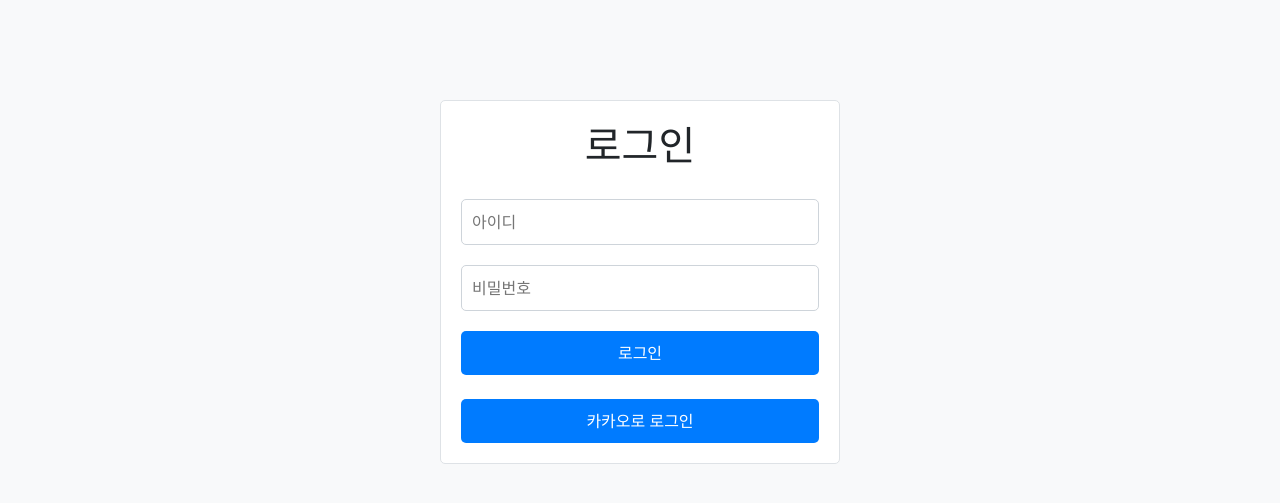
Repository: scy0814/Spring
Page: http://localhost/CYBank/jsp/login/Login.jsp
The author's editor kept a copy of each file at every save. The page is drawn from the files as they stood at one save, then again after the next save.
The browser window is 1280 px wide. The pictures show the whole page.
The page is served by Tomcat 9. Other server files are loaded and not shown.

Above is the page before, as saved 2023-07-02 02:37:13.

### CYBank/src/main/webapp/jsp/login/Login.jsp
<%@ page language="java" contentType="text/html; charset=UTF-8" pageEncoding="UTF-8"%>
<!DOCTYPE html>
<html lang="en">
<head>
    <meta charset="UTF-8">
    <meta http-equiv="X-UA-Compatible" content="IE=edge">
    <meta name="viewport" content="width=device-width, initial-scale=1.0">
    <title>로그인</title>
    <!-- Bootstrap CSS -->
    <link rel="stylesheet" href="https://cdn.jsdelivr.net/npm/bootstrap@5.3.0/dist/css/bootstrap.min.css">
    <!-- Custom CSS -->
    <style>
        body {
            background-color: #f8f9fa;
        }

        .container {
            margin-top: 100px;
        }

        .login-wrapper {
            max-width: 400px;
            margin: 0 auto;
            background-color: #ffffff;
            border: 1px solid #dee2e6;
            border-radius: 5px;
            padding: 20px;
        }

        h1 {
            text-align: center;
            margin-bottom: 30px;
        }

        input[type="text"],
        input[type="password"] {
            width: 100%;
            padding: 10px;
            margin-bottom: 20px;
            border: 1px solid #ced4da;
            border-radius: 5px;
        }

        input[type="submit"] {
            width: 100%;
            padding: 10px;
            background-color: #007bff;
            color: #ffffff;
            border: none;
            border-radius: 5px;
            cursor: pointer;
        }

        input[type="submit"]:hover {
            background-color: #0056b3;
        }

        .kakao-login-btn {
            width: 100%;
            padding: 10px;
            background-color: #ffeb00;
            color: #000000;
            border: none;
            border-radius: 5px;
            cursor: pointer;
            text-align: center;
        }

        .kakao-login-btn:hover {
            background-color: #ffd600;
        }
    </style>
</head>
<body>
    <div class="container">
        <div class="login-wrapper">
            <h1>로그인</h1>
            <form method="post" action="${pageContext.request.contextPath}/loginProcess.do" id="login-form">
                <input type="text" name="id" placeholder="아이디">
                <input type="password" name="password" placeholder="비밀번호">
                <input type="submit" value="로그인">
            </form><br>
            <form method="post" action="${pageContext.request.contextPath}/kakaoLogin.do">
                <input type="submit" class="kakao-login-btn" value="카카오로 로그인">
            </form>
        </div>
    </div>

    <!-- Bootstrap JS -->
    <script src="https://cdn.jsdelivr.net/npm/bootstrap@5.3.0/dist/js/bootstrap.bundle.min.js"></script>
</body>
</html>

After the next save:
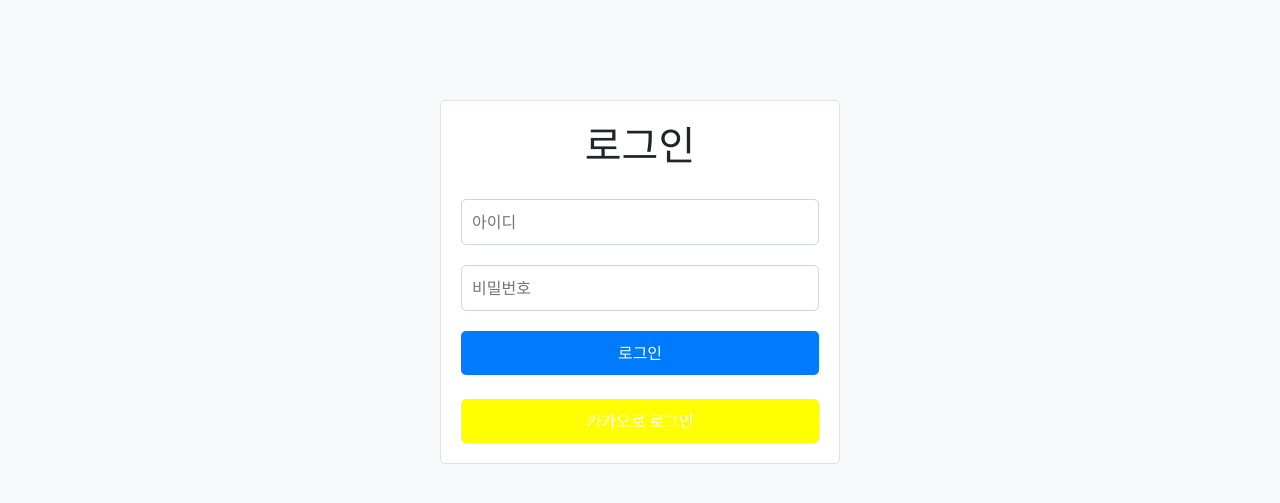
Saved 23 s later.
--- a/CYBank/src/main/webapp/jsp/login/Login.jsp
+++ b/CYBank/src/main/webapp/jsp/login/Login.jsp
@@ -81,7 +81,7 @@
                 <input type="submit" value="로그인">
             </form><br>
             <form method="post" action="${pageContext.request.contextPath}/kakaoLogin.do">
-                <input type="submit" class="kakao-login-btn" value="카카오로 로그인">
+                <input type="submit" class="kakao-login-btn" style="background-color : yellow"  value="카카오로 로그인">
             </form>
         </div>
     </div>

After the save that followed:
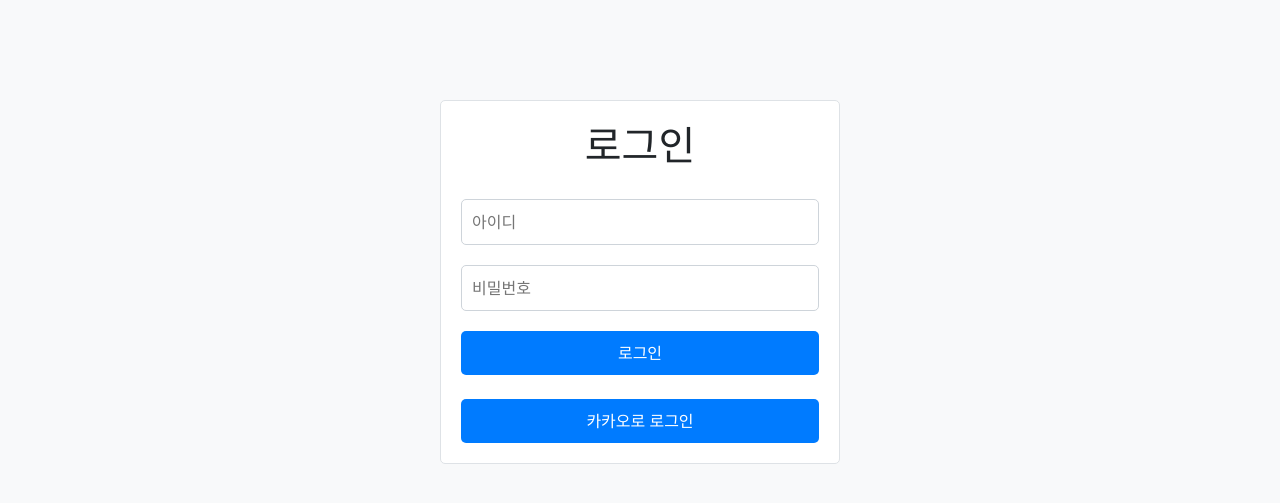
Saved 9 s later.
--- a/CYBank/src/main/webapp/jsp/login/Login.jsp
+++ b/CYBank/src/main/webapp/jsp/login/Login.jsp
@@ -81,7 +81,7 @@
                 <input type="submit" value="로그인">
             </form><br>
             <form method="post" action="${pageContext.request.contextPath}/kakaoLogin.do">
-                <input type="submit" class="kakao-login-btn" style="background-color : yellow"  value="카카오로 로그인">
+                <input type="submit" class="kakao-login-btn" style="background-color : darkyellow"  value="카카오로 로그인">
             </form>
         </div>
     </div>
